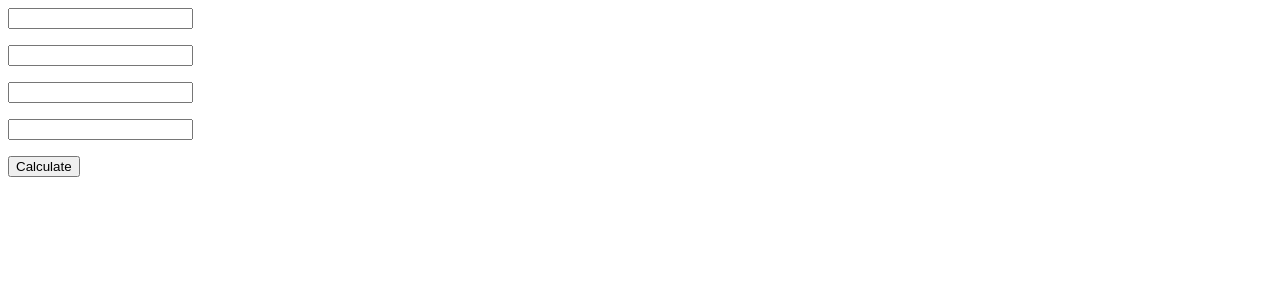
Repository: KhudanJeugene/StudyingInHillel
Page: Calculator/WebContent/Calc2.html
The author's editor kept a copy of each file at every save. The page is drawn from the files as they stood at one save, then again after the next save.
The browser window is 1280 px wide. The pictures show the whole page.

Above is the page before, as saved 2016-02-07 19:21:08.
Console error: SyntaxError: Unexpected token 'do'

After the next save:
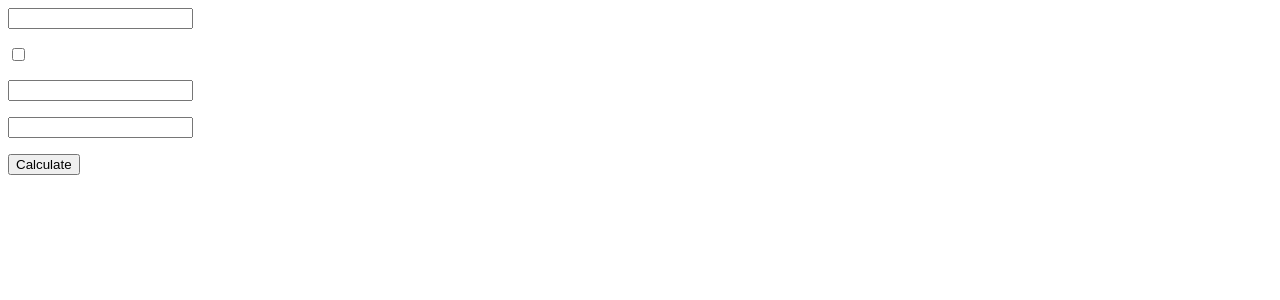
Saved 3 min 57 s later.
--- a/Calculator/WebContent/Calc2.html
+++ b/Calculator/WebContent/Calc2.html
@@ -31,7 +31,7 @@
 	<body>
 		<form>
 			<input id="a" type="text"><p>
-			<input id="s" type="text"><p>
+			<input id="s" type="checkbox" ><p>
 			<input id="b" type="text"><p>
 			<input id="res" type="text"><p>
 			<input type="button" value="Calculate" onclick="calc();"><p>

After the 2 saves that followed:
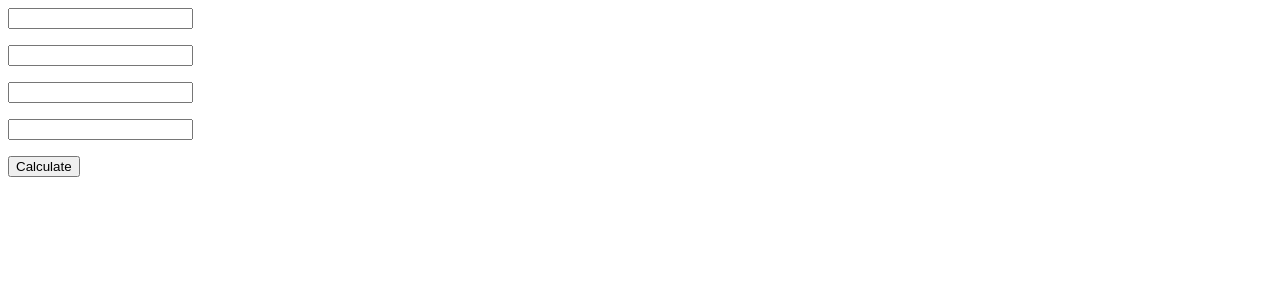
The error is gone.
The 2 saves are shown as one change because 1 left the picture as it was.
The last was saved 2 min 44 s later.
--- a/Calculator/WebContent/Calc2.html
+++ b/Calculator/WebContent/Calc2.html
@@ -5,10 +5,10 @@
 		function calc()
 		{
 			var a = parseInt(document.getElementById('a').value);
-			var do = document.getElementByld('s').value;
+		//	var do = document.getElementByld('s').value;
 			var b = parseInt(document.getElementById('b').value);
 			var c = 0;
-			if(do == "+")
+		/*	if(do == "+")
 			{
 				c = a+b;
 			}
@@ -24,6 +24,8 @@
 			{
 				c = a/b;
 			}
+		*/
+			c = a+b;
 			document.getElementById('res').value = c;
 		}
 		</script>
@@ -31,7 +33,7 @@
 	<body>
 		<form>
 			<input id="a" type="text"><p>
-			<input id="s" type="checkbox" ><p>
+			<input id="s" type="text" ><p>
 			<input id="b" type="text"><p>
 			<input id="res" type="text"><p>
 			<input type="button" value="Calculate" onclick="calc();"><p>
